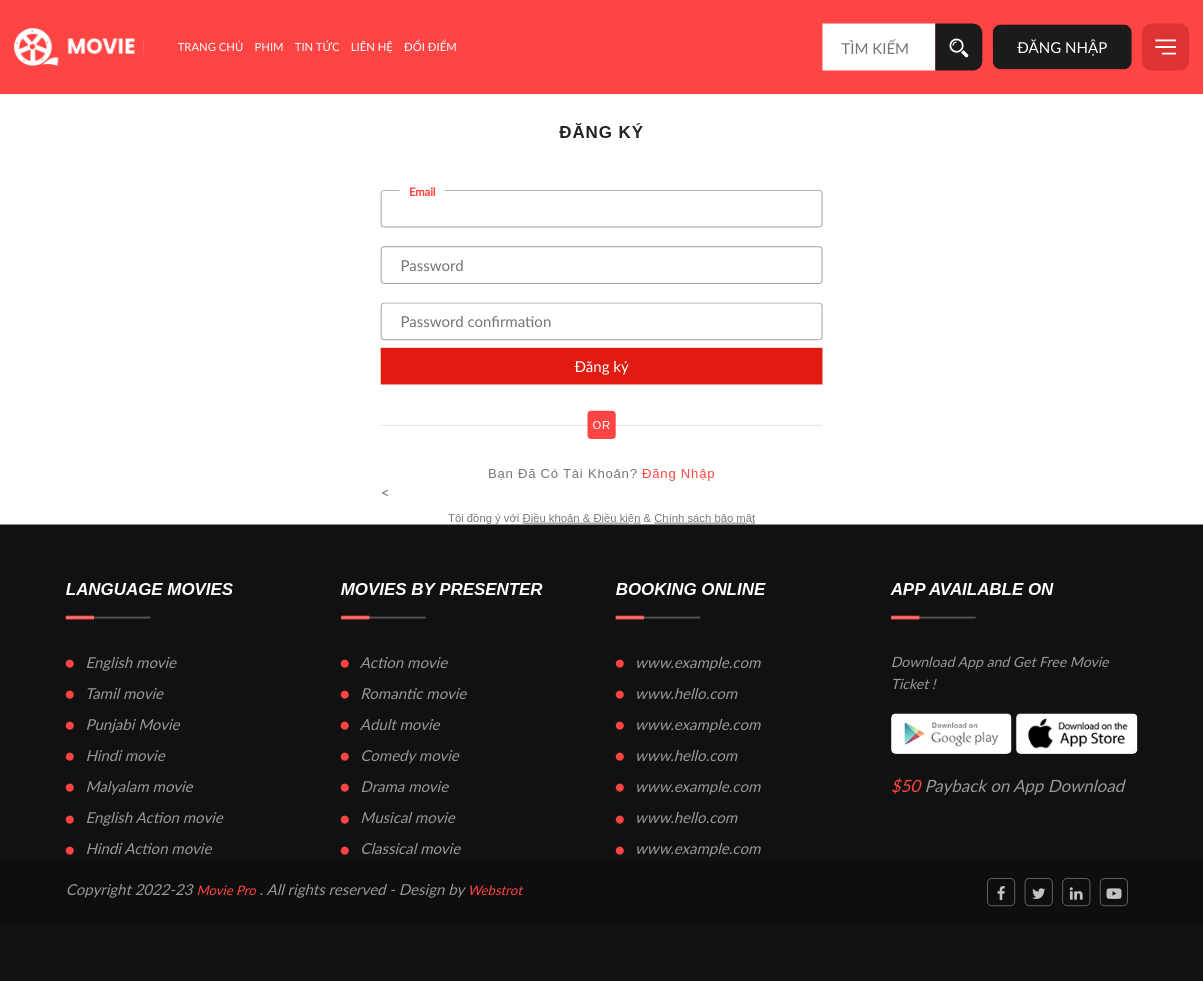
Repository: TK-NNH/DATN
Page: http://localhost/auth/register
The author's editor kept a copy of each file at every save. The page is drawn from the files as they stood at one save, then again after the next save.
The browser window is 1280 px wide. The pictures show the whole page, at 94% of full size.
Some web fonts or font styles are not loaded; a fallback is used. The page is served by the project's Laravel application, run on PHP 8.4 with Laravel 10. The database holds what the project's SQL file puts in it. Queries for data that is not in the repository find no rows.

Above is the page before, as saved 2024-12-19 22:21:41.

After the next save:
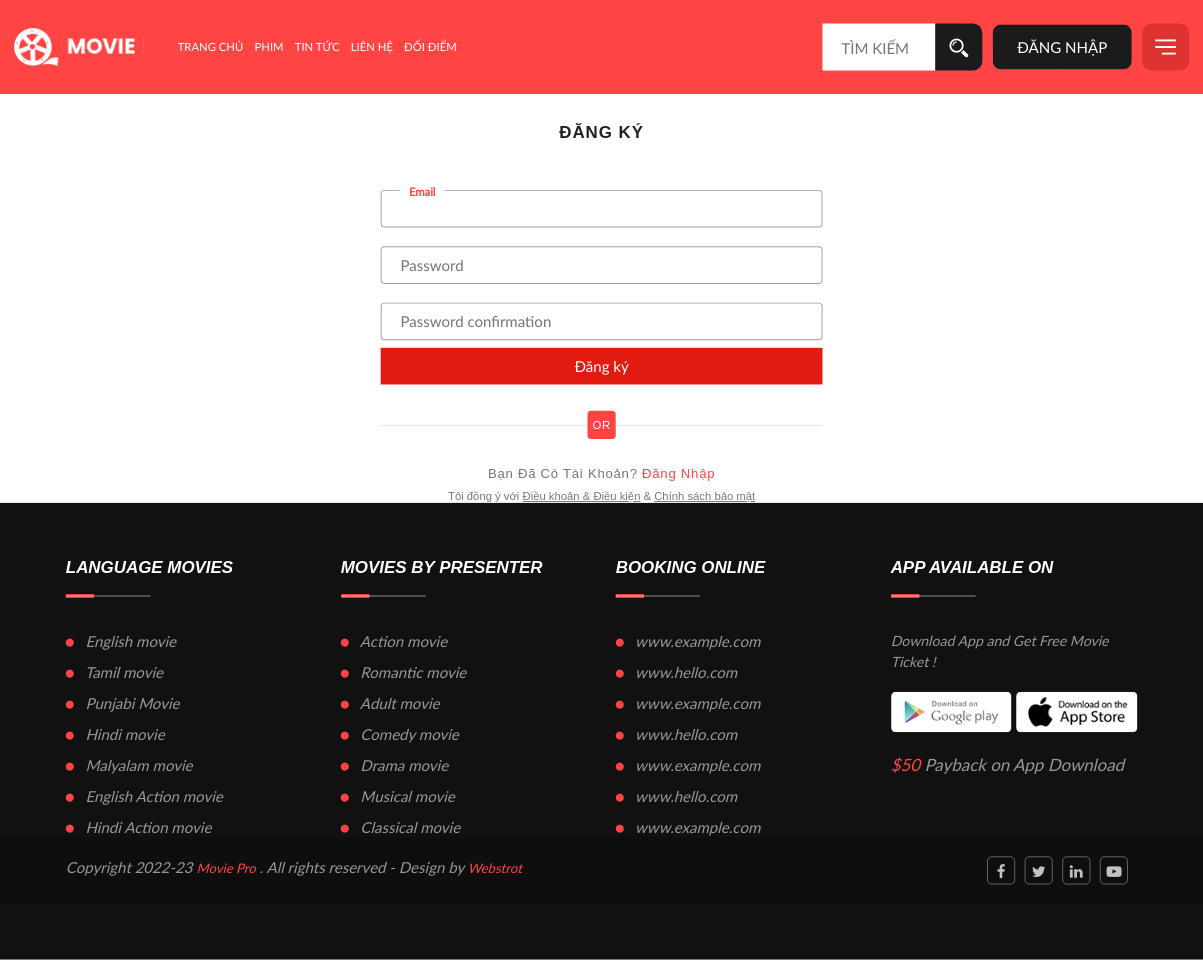
Saved 11 s later.
--- a/FilmHub-Booking/Backend-filmhub/resources/views/frontend/auth/register.blade.php
+++ b/FilmHub-Booking/Backend-filmhub/resources/views/frontend/auth/register.blade.php
@@ -98,7 +98,7 @@
                     </div>
                     <div class="st_form_pop_signin_btn float_left">
                         <h4>Bạn đã có tài khoản? <a href="{{ route('getLogin') }}">Đăng nhập </a></h4>
-                        <<h5>Tôi đồng ý với <a href="#">Điều khoản & Điều kiện</a> & <a href="#">Chính sách bảo mật</a></h5>
+                        <h5>Tôi đồng ý với <a href="#">Điều khoản & Điều kiện</a> & <a href="#">Chính sách bảo mật</a></h5>
                     </div>
 
 
